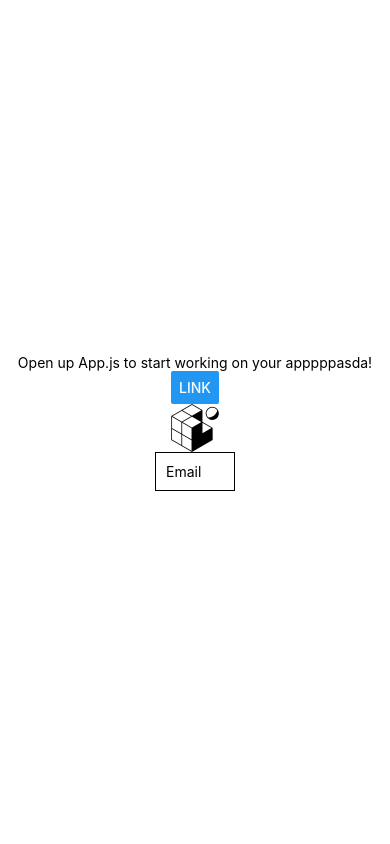
Repository: ntu34543/ReactNativeAndroid
Screen: /
These files come from the project's save history. The screen is drawn as it stood at one moment and after a run of saves; the edit follows.
The app was drawn by React Native's web renderer in a window 390 px wide. The project was rebuilt for these pictures with package versions that can differ from the ones it lists, and the page was loaded fresh each time.

Above is the screen before, as saved 2022-09-23 16:22:47.

### App.js
import { StatusBar } from 'expo-status-bar';
import { StyleSheet, Text, View, Button, Image, TextInput } from 'react-native';

export default function App() {
  return (
    <View style={styles.container}>
      <Text>Open up App.js to start working on your apppppasda!</Text>
      <Button title='Link' />
      <Image source={require('./assets/favicon.png')} />
      <TextInput style={styles.TextInput} placeholder='Email' />
      <StatusBar style="auto" />
    </View>
  );
}

const styles = StyleSheet.create({
  container: {
    flex: 1,
    backgroundColor: '#fff',
    alignItems: 'center',
    justifyContent: 'center',
  },
  TextInput: {
    padding: 10,
    borderWidth: 1,
    borderColor: 'black',
    width: 80,
  },
});

After the next 2 saves:
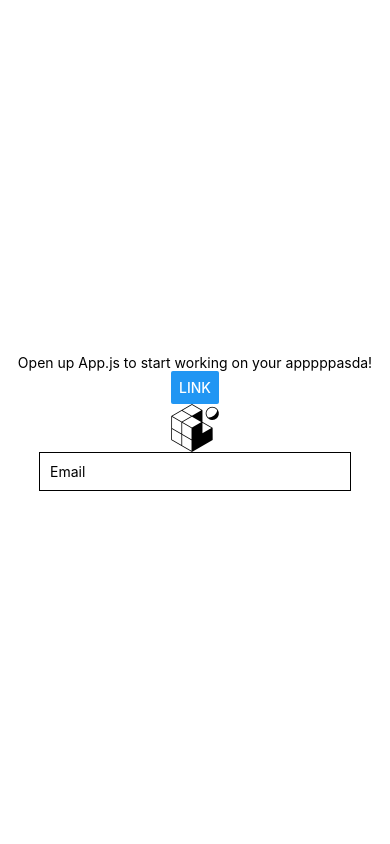
The 2 saves are shown as one change because they came seconds apart.
The last was saved 6 s later.
--- a/App.js
+++ b/App.js
@@ -24,6 +24,6 @@ const styles = StyleSheet.create({
     padding: 10,
     borderWidth: 1,
     borderColor: 'black',
-    width: 80,
+    width: '80%',
   },
 });
